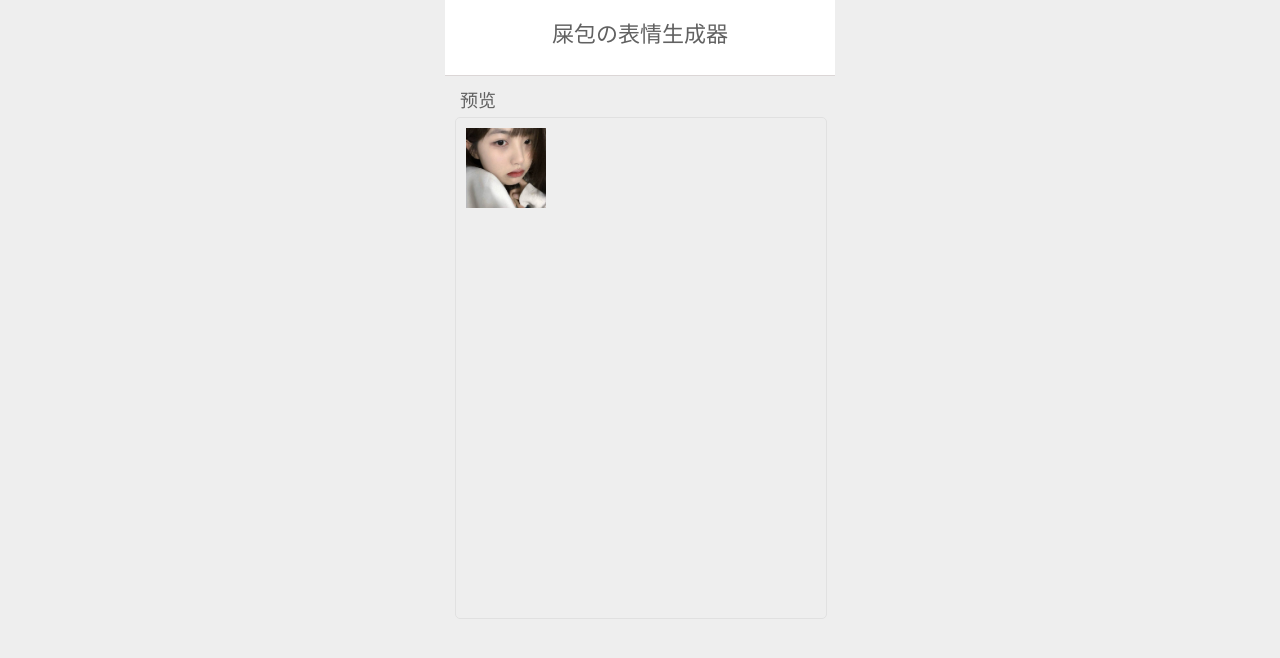
Repository: long-zuyang/shibao
Page: /
These files come from the project's save history. The page is drawn as it stood at one moment and after the next save; the edit follows.
The browser window is 1280 px wide. The pictures show the whole page.
The project was rebuilt for these pictures with package versions that can differ from the ones it lists, and the page was loaded fresh each time. Also part of the build but not shown: vite.config.ts.

Above is the page before, as saved 2023-06-30 00:54:53.

After the next save:
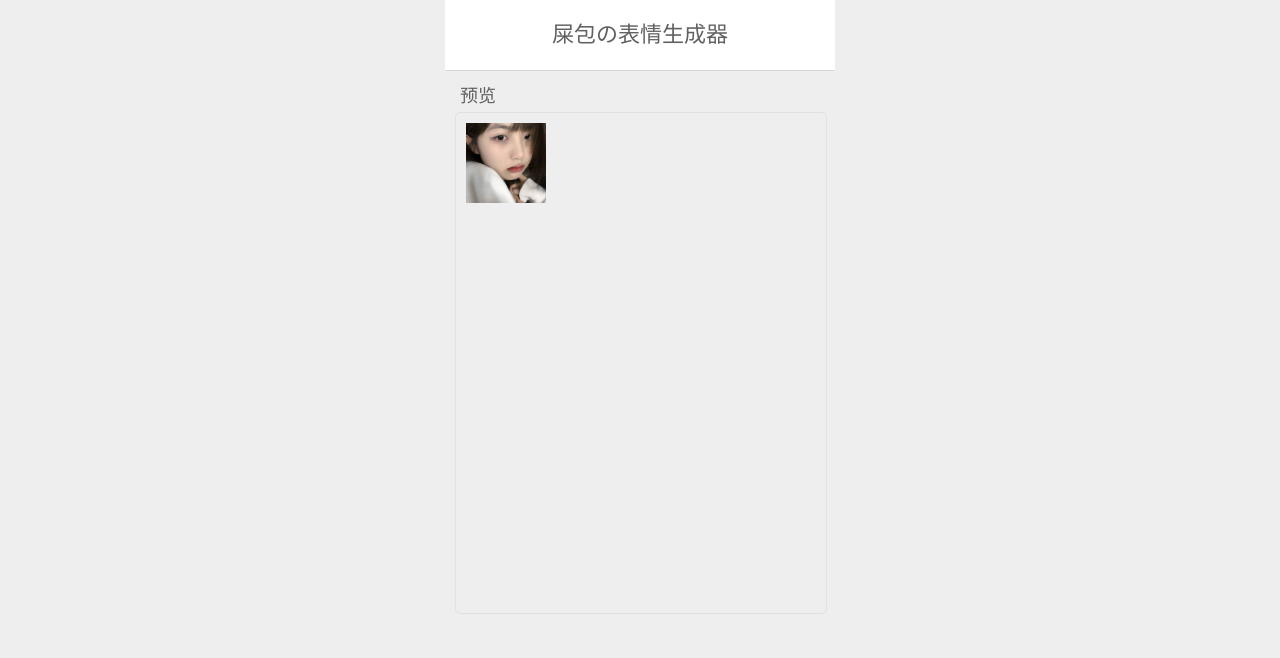
Saved 9 s later.
--- a/src/App.less
+++ b/src/App.less
@@ -5,7 +5,7 @@ body {
     width: 390px;
     margin: 0 auto;
     .top {
-      height: 75px;
+      height: 70px;
       position: relative;
       border-bottom: 1px solid rgb(219, 214, 214);
       background-color: #fff;
